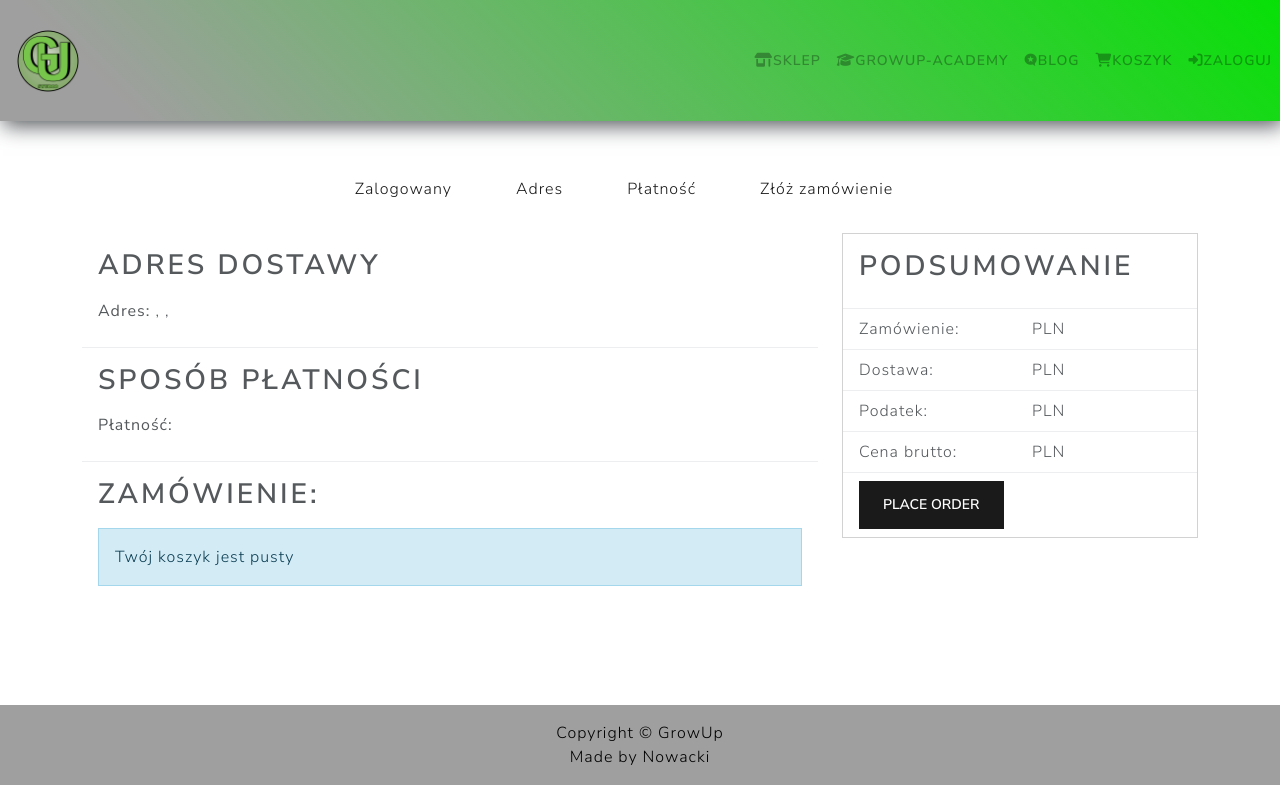
Repository: Nowacki97PL/GrowUpFullStack
Page: /placeorder (app in grow-up-fe/)
The author's editor kept a copy of each file at every save. The page is drawn from the files as they stood at one save, then again after the next save.
The browser window is 1280 px wide. The pictures show the whole page.
The project was rebuilt for these pictures with package versions that can differ from the ones it lists, and the page was loaded fresh each time. Also part of the build but not shown: grow-up-fe/src/components/Rating.js, grow-up-fe/src/components/Product.js, grow-up-fe/src/components/Loader.js, grow-up-fe/src/actions/productActions.js, grow-up-fe/src/screens/ShopScreen.js, grow-up-fe/src/screens/ProductScreen.js, grow-up-fe/src/screens/HomeScreen.js, grow-up-fe/src/actions/cartActions.js and 7 more.

Above is the page before, as saved 2024-02-24 18:21:29.

After the next save:
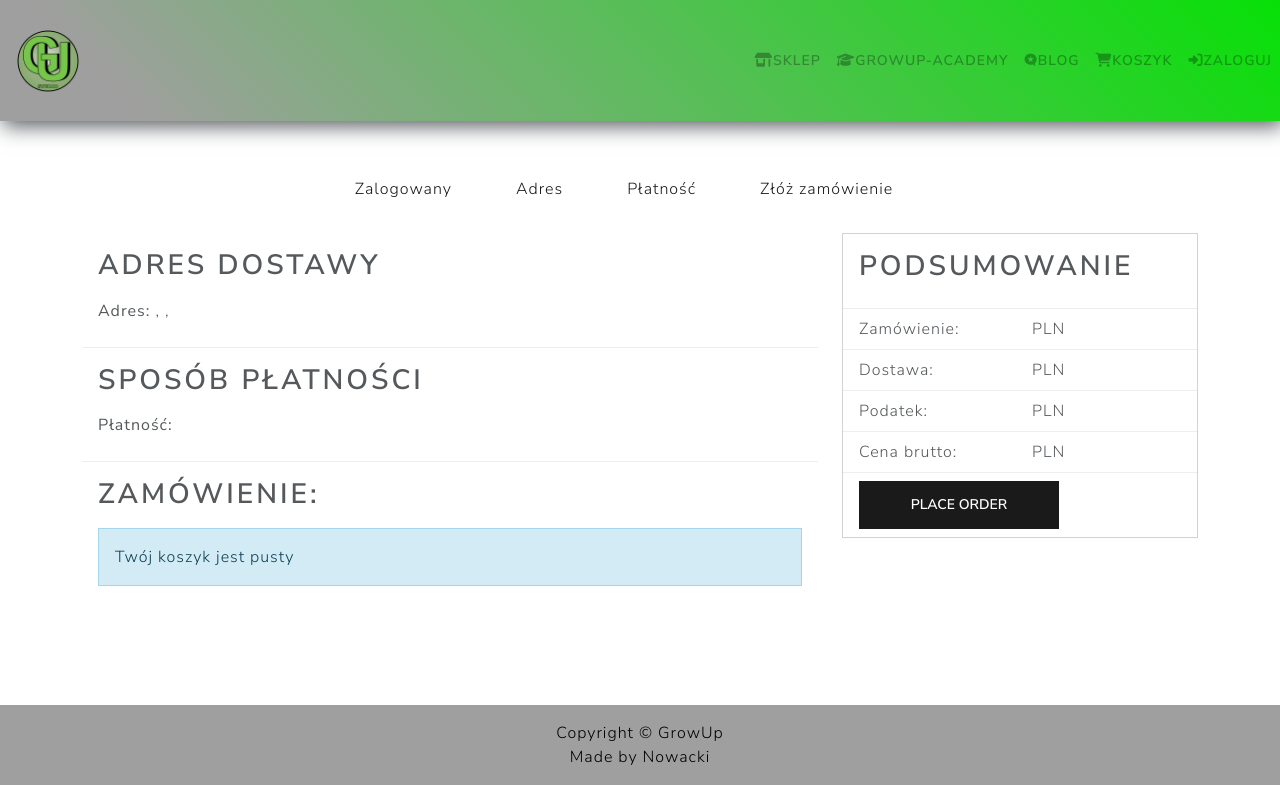
Saved 11 s later.
--- a/grow-up-fe/src/index.css
+++ b/grow-up-fe/src/index.css
@@ -62,3 +62,8 @@ h3 {
   width: 100%;
   color: black;
 }
+
+.custom-btn {
+  width: 200px; /* lub dowolna inna wartość */
+  margin: 0 auto; /* aby wyśrodkować przycisk */
+}
